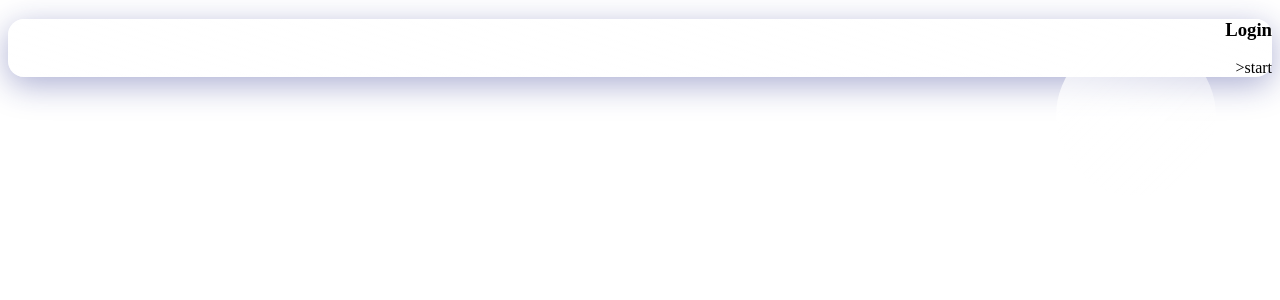
Repository: umarrg/isatmis
Page: /
An editor plug-in stored every save of this project. The page is shown before and after a run of saves, followed by the edit.
The browser window is 1280 px wide. The pictures show the whole page.
The project was rebuilt for these pictures with package versions that can differ from the ones it lists, and the page was loaded fresh each time. Also part of the build but not shown: vue.config.js, src/views/Home.vue. Imported but missing from the stored project, and not drawn on this page: src/plugins/vuetify, src/views/about.vue, src/views/setting.vue.

Above is the page before, as saved 2021-01-26 12:05:15.

### public/index.html
<!DOCTYPE html>
<html lang="en">
  <head>
    <meta charset="utf-8">
    <meta http-equiv="X-UA-Compatible" content="IE=edge">
    <meta name="viewport" content="width=device-width,initial-scale=1.0">
    <link rel="icon" href="<%= BASE_URL %>favicon.ico">
    <title><%= htmlWebpackPlugin.options.title %></title>
    <link rel="stylesheet" href="https://fonts.googleapis.com/css?family=Roboto:100,300,400,500,700,900">
    <link rel="stylesheet" href="https://cdn.jsdelivr.net/npm/@mdi/font@latest/css/materialdesignicons.min.css">

  </head>
  <body>
    <noscript>
      <strong>We're sorry but <%= htmlWebpackPlugin.options.title %> doesn't work properly without JavaScript enabled. Please enable it to continue.</strong>
    </noscript>
    <div id="app"></div>
    <!-- built files will be auto injected -->
  </body>
</html>

### src/main.js
import Vue from 'vue'
import App from './App.vue'
import router from './router'
import vuetify from './plugins/vuetify';

Vue.config.productionTip = false,


new Vue({
  router,
  vuetify,
  render: h => h(App)
}).$mount('#app')

### src/App.vue
<template>
  <v-app>
    <navbar v-if="$route.meta.showHeader == true"/>
    <v-main>
      <router-view></router-view>
    </v-main>
  </v-app>
</template>

<script>
import navbar from '../src/components/Navbar'
export default {
  name: 'App',

  components: {
   navbar
  },

  data: () => ({
    //
  }),
};
</script>

### src/router/index.js
import Vue from 'vue'
import VueRouter from 'vue-router'
import Home from '../views/Home.vue'

Vue.use(VueRouter)

const routes = [
  {
    path: '/home',
    name: 'Home',
    component: Home,
    meta: {
      showHeader: true,
    },
  },
  {
    path: '/map',
    name: 'Map',

    meta: {
      showHeader: true,
    },
    // route level code-splitting
    // this generates a separate chunk (about.[hash].js) for this route
    // which is lazy-loaded when the route is visited.
    component: () => import(/* webpackChunkName: "about" */ '../views/map.vue')
  },
  {
    path: '/',
    name: 'Signin',

    meta: {
      showHeader: false,
    },
    // route level code-splitting
    // this generates a separate chunk (about.[hash].js) for this route
    // which is lazy-loaded when the route is visited.
    component: () => import(/* webpackChunkName: "about" */ '../views/signin.vue')
  },

  {
    path: '/about',
    name: 'About',

    meta: {
      showHeader: true,
    },
    // route level code-splitting
    // this generates a separate chunk (about.[hash].js) for this route
    // which is lazy-loaded when the route is visited.
    component: () => import(/* webpackChunkName: "about" */ '../views/about.vue')
  },


  {
    path: '/payment',
    name: 'Payment',

    meta: {
      showHeader: true,
    },
    // route level code-splitting
    // this generates a separate chunk (about.[hash].js) for this route
    // which is lazy-loaded when the route is visited.
    component: () => import(/* webpackChunkName: "about" */ '../views/payment.vue')
  },
  {
    path: '/setting',
    name: 'Setting',

    meta: {
      showHeader: true,
    },
    // route level code-splitting
    // this generates a separate chunk (about.[hash].js) for this route
    // which is lazy-loaded when the route is visited.
    component: () => import(/* webpackChunkName: "about" */ '../views/setting.vue')
  },


]

const router = new VueRouter({
  mode: 'history',
  base: process.env.BASE_URL,
  routes
})

export default router

### src/components/Navbar.vue
<template>
  <nav>
    <!-- <v-app-bar app flat color="white">
      <v-app-bar-nav-icon
        tile
        dark
        small
        @click="drawer = !drawer"
        class="black--text "
      ></v-app-bar-nav-icon>
      <v-spacer></v-spacer>
      <div>
        <v-menu offset-y>
          <template v-slot:activator="{ on, attrs }">
            <v-btn icon small class="mr-2" v-on="on" v-bind="attrs">
              <v-icon color="black">mdi-cog-outline</v-icon>
            </v-btn>
          </template>
        </v-menu>

        <v-btn to="/profile" v-rounded icon>
          <v-list-item-avatar color="black" class="ml-4">
            <v-img
              src="../assets/bi.png"
              size="30"
            ></v-img>
          </v-list-item-avatar>
        </v-btn> background: linear-gradient(
    to right bottom,
    rgba(255, 255, 255, 0.8),
    rgba(255, 255, 255, 0.3)
  );
      </div>
    </v-app-bar> -->
    <v-navigation-drawer
      v-model="drawer"
      app
      overlay-opacity=""
      fixed
      clipped
      style="
  background: linear-gradient(
    to right bottom,
    rgba(255, 255, 255, 0.8),
    rgba(255, 255, 255, 0.3)
  );
       box-shadow: 0 8px 32px 0 rgba(31, 38, 135, 0.37);
        backdrop-filter: blur(16px);
        -webkit-backdrop-filter: blur(16px);"
    >
      <v-layout column align-center>
        <v-flex class="mt-7 mb-8">
          <span class="text-h4 white--text font-weight-light">
            <span class="blue--text font-weight-black">I</span>
            <span class="blue--text font-weight-black">S</span>
            <span class="blue--text font-weight-black">A</span>
            <span class="blue--text font-weight-black">T</span>
            <span class="blue--text font-weight-black">M</span>
            <span class="blue--text font-weight-black">I</span>
            <span class="blue--text font-weight-black">S</span>
          </span>
        </v-flex>
      </v-layout>

      <v-list dense nav>
        <v-list-item
          class=""
          active-class=" blue--text border"
          v-for="link in links"
          :key="link.icon"
          :to="link.route"
        >
          <v-list-item-action>
            <v-icon>{{ link.icon }}</v-icon>
          </v-list-item-action>
          <v-list-item-content>
            <v-list-item-title class="font-weight-light">{{
              link.text
            }}</v-list-item-title>
          </v-list-item-content>
        </v-list-item>
      </v-list>
    </v-navigation-drawer>
  </nav>
</template>

<script>
export default {
  data: () => ({
    drawer: true,
    links: [
      { icon: "mdi-view-dashboard", text: "Dashboard", route: "/home" },
      { icon: "mdi-map", text: "Map", route: "/map" },
      {
        icon: "mdi-cog-outline",
        text: "Setting",
        route: "/setting",
      },

      { icon: "mdi-credit-card-outline", text: "Payment", route: "/payment" },
      { icon: "mdi-clock", text: "About", route: "/about" },
    ],

    offset: true,
  }),
};
</script>

<style>
.border {
  border-bottom: 4px solid #00b0f0;
}
.custom__card {
  color: linear-gradient(to right top, #65dfc9, #6cdbeb);
}
</style>

### src/views/signin.vue
<template>
  <v-app class="">
    <v-main class="custom__bg">
      <v-container fill-height>
        <v-col>
          <v-row justify="end" align="end">
            <v-col cols="4">
              <div>
                <div class="custom__card">
                  <v-card-text>
                    <div>
                      <v-row>
                        <v-col cols="5">
                          <v-divider class="mt-4"></v-divider
                        ></v-col>
                        <v-col cols="2"> <h3>Login</h3> </v-col>
                        <v-col cols="5">
                          <v-divider class="mt-4"></v-divider
                        ></v-col>
                      </v-row>
                    </div>
                    <v-col cols="12" class="px-0 py-1">
                      <v-text-field solo disabled label="Email">></v-text-field>
                    </v-col>
                    <v-col cols="12" class="px-0 py-1">
                      <v-text-field
                        solo
                        label="Passsword"
                        disabled
                      ></v-text-field>
                    </v-col>
                    <v-btn block to="/home" color="">start</v-btn>
                  </v-card-text>
                </div>
              </div>
            </v-col>
          </v-row>

          <!-- <div class="circle3"></div>
          <div class="circle4"></div> -->
        </v-col>
      </v-container>

    </v-main>
     <div class="circle1"></div>
      <div class="circle2"></div>
  </v-app>
</template>

<script>
export default {};
</script>

<style scoped>
.custom__bg {
  background: linear-gradient(to right top, #65dfc9, #6cdbeb);
}
.custom__card {
  background: white;
  background: linear-gradient(
    to right bottom,
    rgba(255, 255, 255, 0.7),
    rgba(255, 255, 255, 0.3)
  );
   box-shadow: 0 8px 32px 0 rgba(31, 38, 135, 0.37);

  backdrop-filter: blur(1rem);
  border-radius: 1rem;
}

.circle1,
.circle2 {
  background: white;
  background: linear-gradient(
    to right bottom,
    rgba(255, 255, 255, 0.8),
    rgba(255, 255, 255, 0.3)
  );
  height: 10rem;
  width: 10rem;
  position: absolute;
  border-radius: 50%;
}

.circle1 {
  top: 5%;
  right: 5%;
}
.circle2 {
  bottom: 15%;
  left: 60%;
}

.circle3,
.circle4 {
  background: white;
  background: linear-gradient(
    to right bottom,
    rgba(255, 255, 255, 0.8),
    rgba(255, 255, 255, 0.3)
  );
  height: 10rem;
  width: 10rem;

  border-radius: 50%;
}

.circle3 {
  top: 10%;
  right: 10%;
}
.circle4 {
  bottom: 15%;
  left: 20%;
}
</style>

After the next 2 saves:
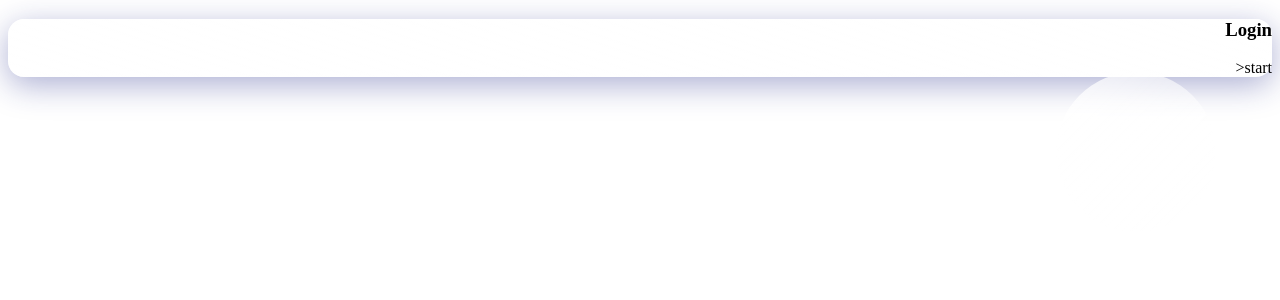
The 2 saves are shown as one change because they came seconds apart.
The last was saved 34 s later.
--- a/src/views/signin.vue
+++ b/src/views/signin.vue
@@ -83,7 +83,7 @@ export default {};
 }
 
 .circle1 {
-  top: 5%;
+  top: 10%;
   right: 5%;
 }
 .circle2 {
